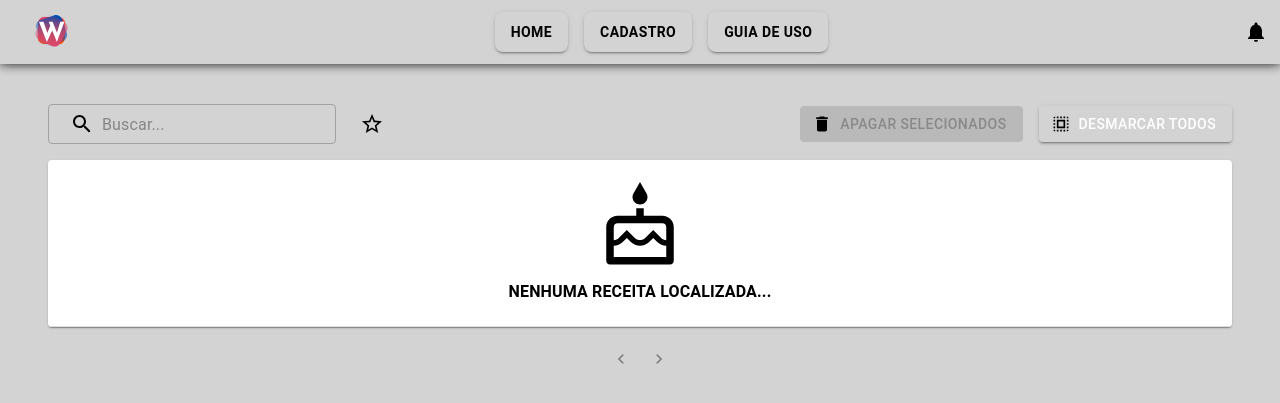
Repository: oZanella/projeto_windel_web_CRM
Page: /
These files come from the project's save history. The page is drawn as it stood at one moment and after the next save; the edit follows.
The browser window is 1280 px wide. The pictures show the whole page.
The page's requests for data from a server got no answer. The project was rebuilt for these pictures with package versions that can differ from the ones it lists, and the page was loaded fresh each time. No one was signed in, and anything a server would have sent is missing. Also part of the build but not shown: vite.config.js, src/components/ModalEdit.jsx, src/routes/Configuracoes.jsx. Imported but missing from the stored project, and not drawn on this page: src/routes/Cadastro.jsx.

Above is the page before, as saved 2024-08-26 09:17:57.

After the next save:
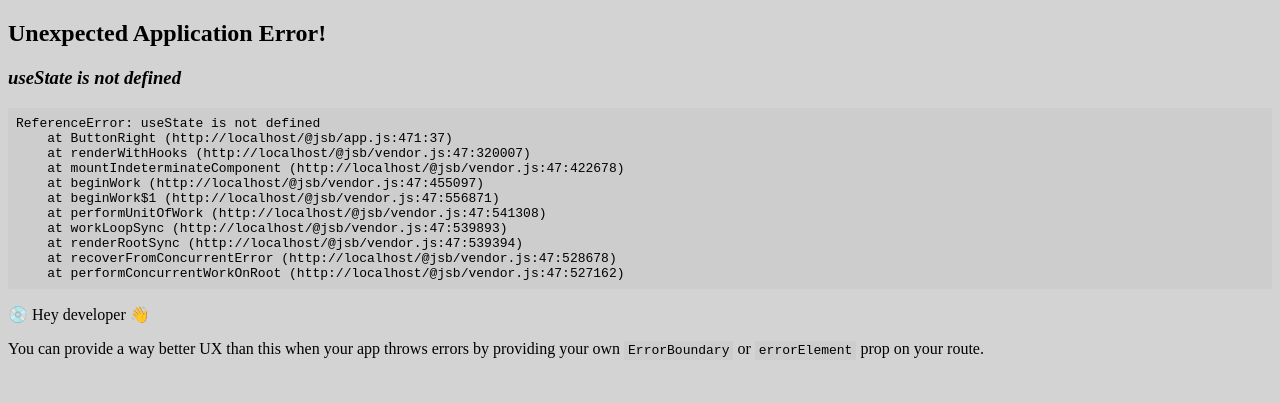
Console error: ReferenceError: useState is not defined
Saved 2 min 56 s later.
--- a/src/components/Button.jsx
+++ b/src/components/Button.jsx
@@ -1,9 +1,3 @@
-import React, { useState } from 'react';
-import { Box, Button } from '@mui/material';
-import DeleteIcon from '@mui/icons-material/Delete';
-import SelectAllIcon from '@mui/icons-material/SelectAll';
-import { ModalConfirmDelete } from './ModalConfirmDelete';
-
 export const ButtonRight = ({ handleSelectAll, selectedPosts, filteredPosts, handleDeleteSelected }) => {
   const [modalOpen, setModalOpen] = useState(false);
 
@@ -18,6 +12,7 @@ export const ButtonRight = ({ handleSelectAll, selectedPosts, filteredPosts, han
   const handleConfirmDelete = async () => {
     console.log('Posts selecionados para exclusão:', selectedPosts);
     console.log('Chamando handleDeleteSelected com esses IDs:', selectedPosts);
+
     try {
       await handleDeleteSelected(selectedPosts);
       console.log('Exclusão bem-sucedida.');
